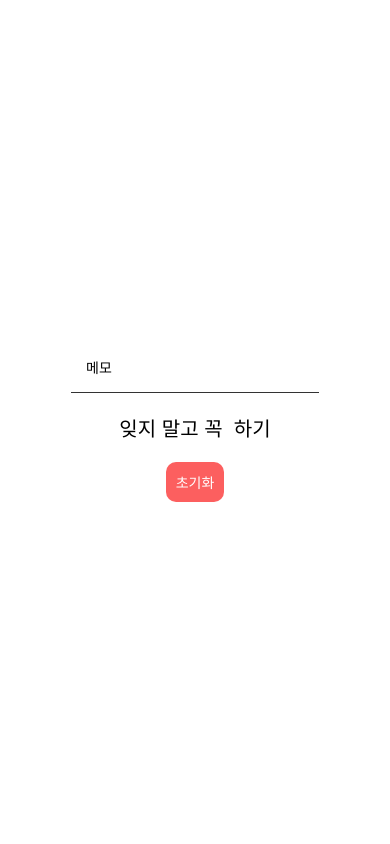
Repository: GoodHoneyCake/toy_project
Page: /
An editor plug-in stored every save of this project. The page is shown before and after the next save, followed by the edit.
The browser window is 390 px wide. The pictures show the whole page.
The app was drawn by React Native's web renderer in a window 390 px wide. The project was rebuilt for these pictures with package versions that can differ from the ones it lists, and the page was loaded fresh each time.

Above is the page before, as saved 2021-02-05 15:56:08.

After the next save:
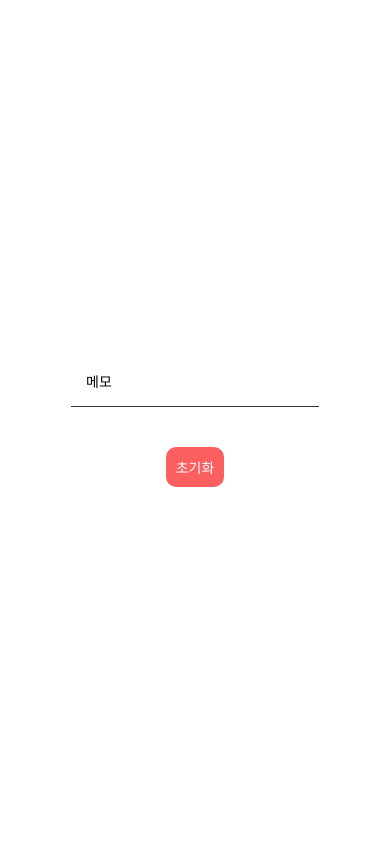
Saved 58 s later.
--- a/App.js
+++ b/App.js
@@ -73,7 +73,7 @@ class App extends React.Component {
           onChangeText={this.onChangeText}
           onSubmitEditing={this.onSubmitEditing}
         />
-        <Text style={styles.text}>잊지 말고 꼭 {name} 하기</Text>
+        <Text style={styles.text}>{name}</Text>
         <TouchableOpacity onPress={this.removeEverything} style={styles.button}>
           <Text style={styles.buttonText}>초기화</Text>
         </TouchableOpacity>
